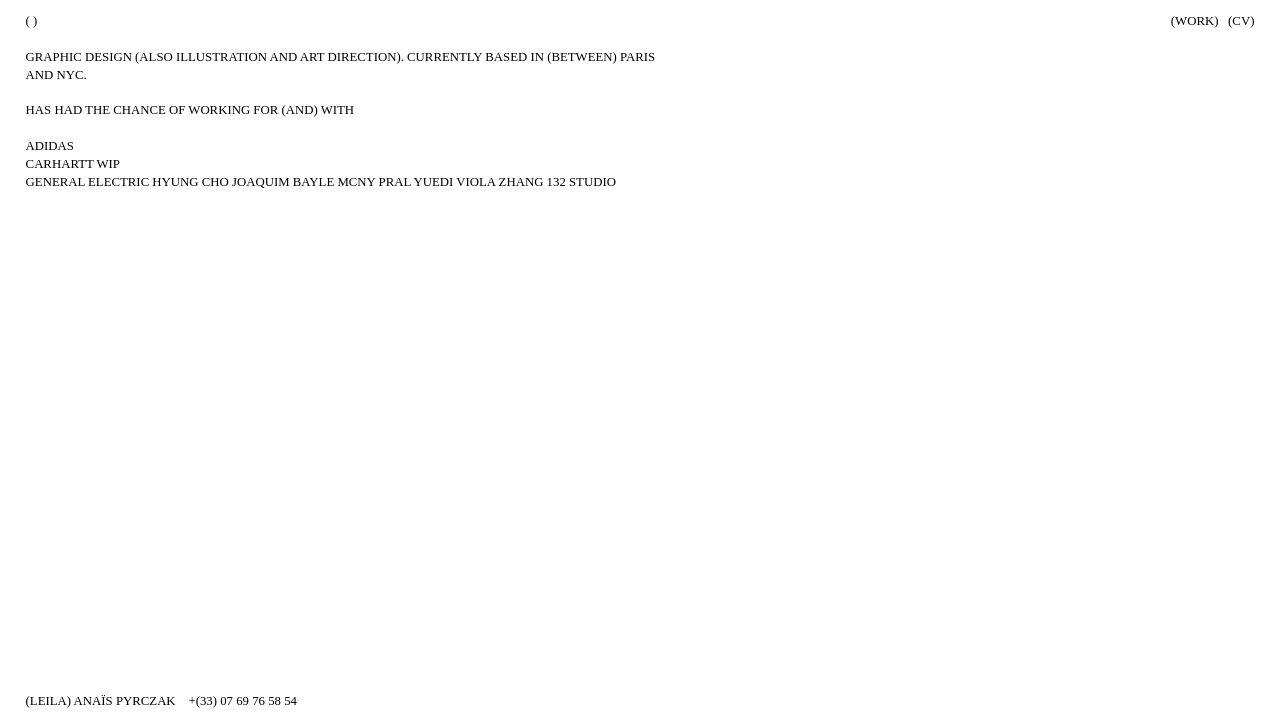
Repository: pyrcl090/site
Page: info.html
An editor plug-in stored every save of this project. The page is shown before and after a run of saves, followed by the edit.
The browser window is 1280 px wide. The pictures show the whole page.
Some web fonts or font styles are not loaded; a fallback is used.

Above is the page before, as saved 2024-03-20 22:40:40.
Console error: TypeError: Cannot read properties of null (reading 'addEventListener')

After the next 2 saves:
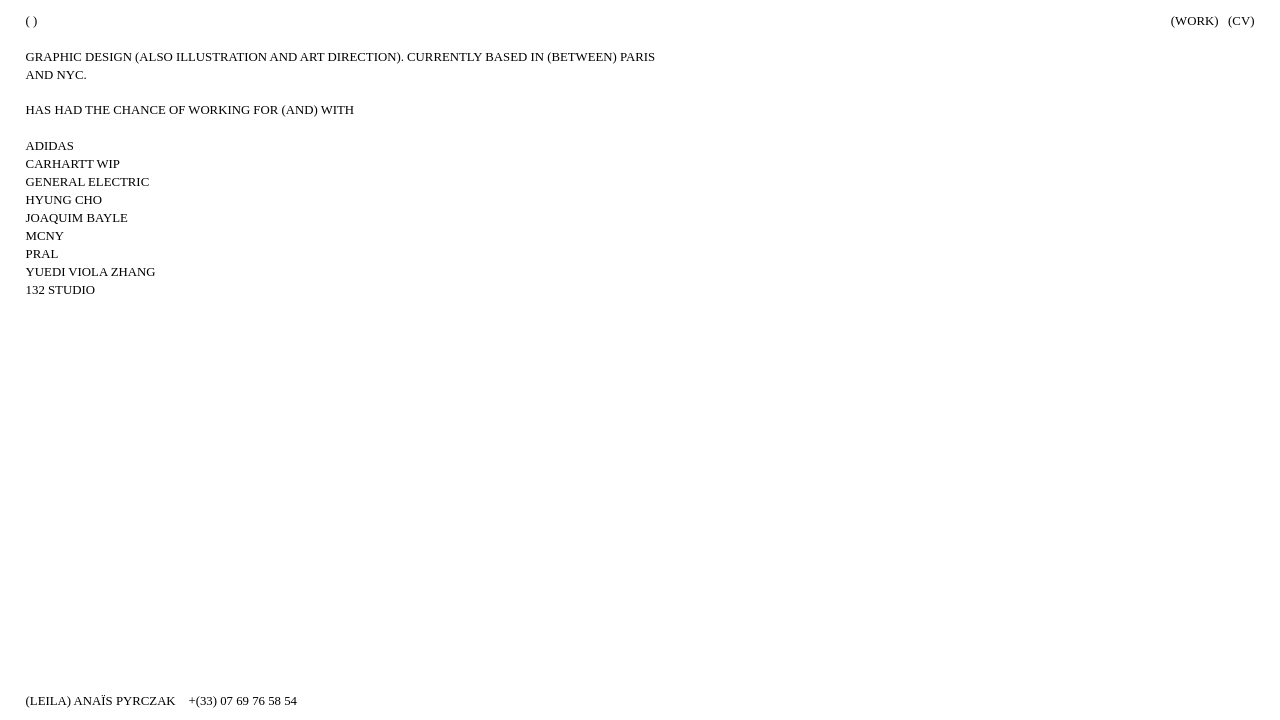
The 2 saves are shown as one change because they came seconds apart.
The last was saved 9 s later.
--- a/info.html
+++ b/info.html
@@ -25,12 +25,12 @@
     <br><br>
     ADIDAS<br>
     CARHARTT WIP<br>
-    GENERAL ELECTRIC
-    HYUNG CHO
-    JOAQUIM BAYLE
-    MCNY
-    PRAL
-    YUEDI VIOLA ZHANG
+    GENERAL ELECTRIC<br>
+    HYUNG CHO<br>
+    JOAQUIM BAYLE<br>
+    MCNY<br>
+    PRAL<br>
+    YUEDI VIOLA ZHANG<br>
     132 STUDIO </span> &nbsp;&nbsp;</p>
 
 
